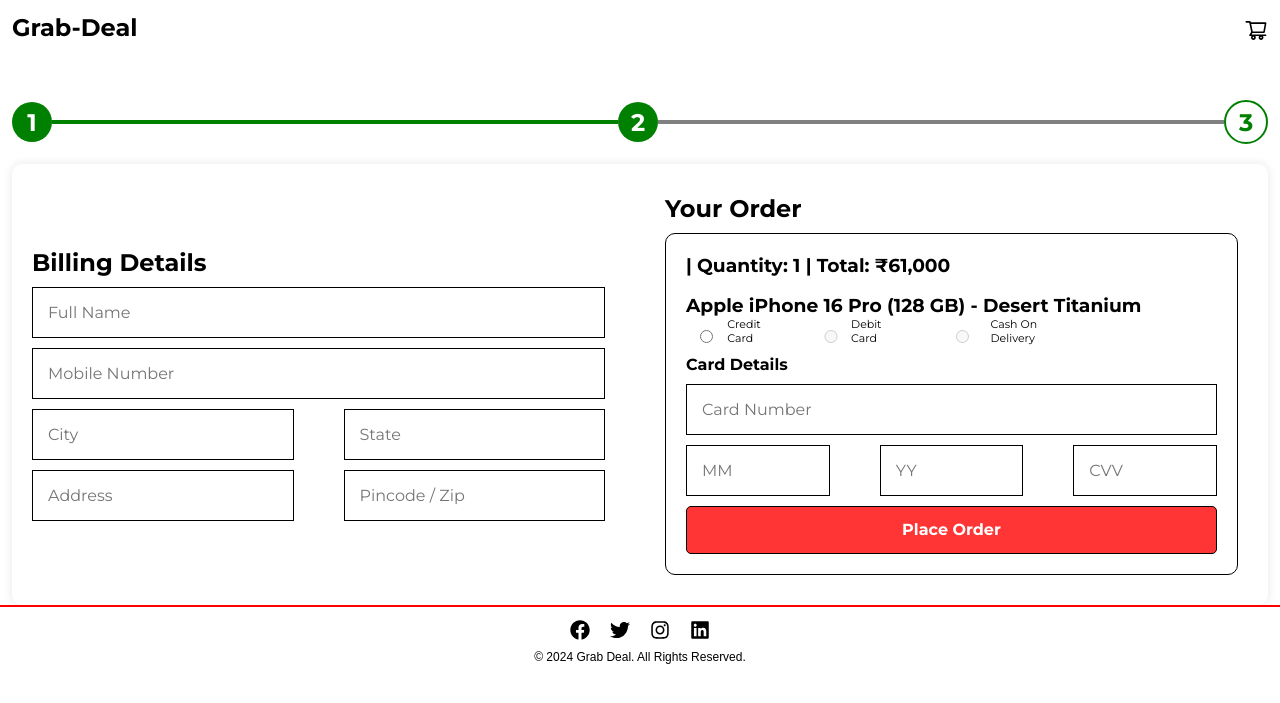
Repository: hlwsatyam/Iphone16Pro
Page: /CheckoutPage
These files come from the project's save history. The page is drawn as it stood at one moment and after a run of saves; the edit follows.
The browser window is 1280 px wide. The pictures show the whole page.
The project was rebuilt for these pictures with package versions that can differ from the ones it lists, and the page was loaded fresh each time. Also part of the build but not shown: src/hooks/useDocTitle.js, src/helpers/utils.js, src/components/filters/FilterBarOptions.js, src/components/filters/FilterBar.js, src/hooks/useActive.js, src/components/product/ProductCard.js, src/components/common/SectionsHead.js, src/components/common/Services.js and 19 more.

Above is the page before, as saved 2024-09-28 16:19:31.

### public/index.html
<!DOCTYPE html>
<html lang="en">

<head>
  <meta charset="utf-8" />
  <link rel="icon" href="https://www.reliancedigital.in/medias/Apple-iPhone16ProMax-494423059-i-1-1200Wx1200H-300Wx300H?context=bWFzdGVyfGltYWdlc3wyOTM2MXxpbWFnZS9qcGVnfGltYWdlcy9oM2EvaGEzLzEwMTk1OTA4OTg0ODYyLmpwZ3w2MjMyOGJjMTFhMDRjZjFiNWRkOGU4NjNjZWJiMDUwNWNkNmE0YzdhMjE3MjVjNDRjNWFlMjA0ZDU2MDFjODhk" />
  <meta name="viewport" content="width=device-width, initial-scale=1" />
  <meta name="theme-color" content="#000000" />
  <meta name="description" content="Web site created using create-react-app" />
  <link rel="apple-touch-icon" href="%PUBLIC_URL%/logo192.png" />
  <!--
      manifest.json provides metadata used when your web app is installed on a
      user's mobile device or desktop. See https://developers.google.com/web/fundamentals/web-app-manifest/
    -->
  <link rel="manifest" href="%PUBLIC_URL%/manifest.json" />
  <!--
      Notice the use of %PUBLIC_URL% in the tags above.
      It will be replaced with the URL of the `public` folder during the build.
      Only files inside the `public` folder can be referenced from the HTML.

      Unlike "/favicon.ico" or "favicon.ico", "%PUBLIC_URL%/favicon.ico" will
      work correctly both with client-side routing and a non-root public URL.
      Learn how to configure a non-root public URL by running `npm run build`.
    -->

  <link rel="preconnect" href="https://fonts.googleapis.com" />
  <link rel="preconnect" href="https://fonts.gstatic.com" crossorigin />
  <link href="https://fonts.googleapis.com/css2?family=Montserrat:wght@400;500;600;700&display=swap" rel="stylesheet" />

  <title>Best Discount On I Phone 16 Pro </title>
</head>

<body>
  <noscript>You need to enable JavaScript to run this app.</noscript>
  <div id="root"></div>
  <!--
      This HTML file is a template.
      If you open it directly in the browser, you will see an empty page.

      You can add webfonts, meta tags, or analytics to this file.
      The build step will place the bundled scripts into the <body> tag.

      To begin the development, run `npm start` or `yarn start`.
      To create a production bundle, use `npm run build` or `yarn build`.
    -->
</body>

</html>

### src/styles/style.scss
// Base
@import "./partials/base/variables";
@import "./partials/base/mixins";
@import "./partials/base/reset";
@import "./partials/base/common";


// Components
@import "./partials/components/preloader";
@import "./partials/components/header";
@import "./partials/components/footer";
@import "./partials/components/backtop";
@import "./partials/components/form";
@import "./partials/components/searchbar";
@import "./partials/components/filterbar";
@import "./partials/components/quantity_box";
@import "./partials/components/empty_view";


// Pages
@import "./partials/pages/hero";
@import "./partials/pages/featured";
@import "./partials/pages/products";
@import "./partials/pages/product_details";
@import "./partials/pages/product_summary";
@import "./partials/pages/cart";
@import "./partials/pages/related";
@import "./partials/pages/services";
@import "./partials/pages/error_page";



.testimonial-section {
    background: linear-gradient(135deg, #f06, #f93);
    padding: 50px 0;
    display: flex;
    justify-content: center;
  }

### src/styles/partials/components/_preloader.scss
#preloader {
    width: 100%;
    min-height: 100vh;
    background-color: var(--bg-color);
    position: fixed;
    top: 0;
    left: 0;
    z-index: 9999;
    @include centered;
}

.loader {
    @include dimension(12.5rem, 12.5rem);
    border-radius: 50%;
    box-shadow: 1px 8px 8px var(--main-color);
    animation: spin 1.4s linear infinite;
}

@keyframes spin {
    0% {
        transform: rotate(0deg);
    }

    100% {
        transform: rotate(360deg);
    }
}

.loader_text {
    position: absolute;
    top: 50%;
    left: 50%;
    transform: translate(-50%, -50%);
    animation: text 1s linear infinite alternate;
}

@keyframes text {
    0% {
        opacity: 0.4;
    }

    100% {
        opacity: 1;
    }
}

### src/styles/partials/components/_footer.scss
#footer {
    background-color: var(--black-color);
    @include padding-y(3rem, 2rem);

    .separator {
        @include margin-y(2.5rem, 2rem);
        opacity: 0.7;
    }
}

.footer_wrapper {
    grid-template-columns: 1.4fr repeat(3, 1fr);
    justify-items: center;
    gap: 2rem;

    @include devices(md) {
        grid-template-columns: 1.4fr 1fr;
        justify-items: unset;
        gap: 4rem;
    }

    @include devices(xs) {
        grid-template-columns: 1fr;
        gap: 3rem;
    }
}

.foot_subs {
    p {
        @include margin-y(1rem, 1rem);
        font-size: 0.875rem;
        opacity: 0.9;
    }

    .btn {
        margin-top: 1rem;
    }
}

.foot_menu {
    ul {
        margin-top: 1.8rem;
        display: grid;
        gap: 1rem;

        a {
            font-size: 0.9rem;
            opacity: 0.8;

            &:hover {
                opacity: 1;
            }
        }
    }
}

.sub_footer_wrapper {
    @include flexbox(space-between, center);

    @include devices(md) {
        @include flexbox();
        flex-direction: column-reverse;
        gap: 2rem;
    }
}

.foot_copyright {
    font-size: 0.95rem;

    a {
        color: #eee;
        opacity: 0.8;

        &:hover {
            opacity: 1;
        }
    }
}

.foot_social {
    @include flexbox();
    gap: 2rem;
    font-size: 1.2rem;
    margin-right: 4rem;
}

### src/styles/partials/components/_searchbar.scss
#searchbar {
    display: grid;
    grid-template-columns: 0.5fr;
    justify-content: center;
    align-items: start;

    @include devices(lg) {
        grid-template-columns: 0.8fr;
    }

    @include devices(sm) {
        grid-template-columns: 1fr;
    }
}

.searchbar_content {
    margin: 3rem 1rem;
}

.search_box {
    display: flex;
    gap: 0.4rem;

    .input_field {
        background-color: var(--bg-color);
    }

    .btn {
        font-size: 1.5rem;

        &[disabled] {
            pointer-events: none;
            opacity: 0.7;
        }
    }
}

.search_results {
    background-color: var(--bg-color);
    display: grid;
    justify-items: flex-start;
    gap: 1rem;
    margin-top: 1rem;
    max-height: 300px;
    overflow-y: auto;
    padding: 1rem;
    border: 1px solid var(--text-muted);
    scrollbar-width: none;

    a {
        cursor: pointer;
        @include transition(color, 0.3s);

        &:hover {
            color: var(--main-color-2);
        }
    }

    &::-webkit-scrollbar {
        display: none;
    }
}

### src/styles/partials/components/_quantity_box.scss
.quantity_box {
    display: inline-flex;
    align-items: center;
    @include bordered(1px, #444);
    border-radius: 3px;
    user-select: none;
    overflow: hidden;

    button {
        @include dimension(3.125rem, 2.25rem);
        background-color: red;
        @include transition(color, 0.2s);

        &:hover {
            color: #eee;
        }

        &[disabled] {
            cursor: not-allowed;
            color: var(--text-muted);
        }
    }
}

.quantity_count {
    @include dimension(3.75rem, 2.25rem);
    color: red;
    font-size: 1.4rem;
    line-height: 2.25rem;
    font-weight: bold;
    text-align: center;
}

### src/styles/partials/pages/_products.scss
.products_wrapper {
    @include grid-cols(4, 1fr, 0.7rem);

    @include devices(lg) {
        @include grid-cols(3, 1fr, 0.7rem);
    }

    @include devices(md) {
        @include grid-cols(2, 1fr, 0.6rem);
    }

    @include devices(xs) {
        grid-template-columns: 1fr;
    }
}

.products_filter_tabs {
    @include margin-y(3rem, 5rem);
}

.products_card {
    @include bordered(1px, rgba($color: #ffffff, $alpha: 0.4));
    border-radius: 3px;
    box-shadow: 0px 5px 10px rgba($color: #000000, $alpha: 0.5);
    overflow: hidden;

    &.browse_card {
        @include centered;
        @include padding-y(5rem, 5rem);
        font-size: 1.5rem;

        a {
            @include transition(color, 0.3s);

            &:hover {
                color: #eee;
            }
        }
    }
}

.products_img {
    background: var(--bg-color-2);
    text-align: center;
    padding: 1rem;
    overflow: hidden;

    img {
        width: 70%;
        @include transition(transform, 0.25s, ease);

        &:hover {
            transform: scale(1.05);
        }
    }
}

.products_details {
    padding: 1rem;
}

.products_title {
    @include margin-y(0.8rem, 0.4rem);
}

.products_info {
    opacity: 0.8;
    font-weight: 500;
}

.products_btn {
    width: 100%;
    margin-top: 1.2rem;

    &.active {
        background-color: green;
    }

    &[disabled] {
        cursor: not-allowed;
    }
}


/*------ All-Products Page ------*/
#all_products {
    padding-top: 8rem;
    display: grid;
    grid-template-columns: 240px 1fr;

    @include devices(lg) {
        grid-template-columns: 1fr;
    }

    .products_wrapper {
        @include devices(xl) {
            @include grid-cols(3, 1fr, 0.7rem);
        }

        @include devices(md) {
            @include grid-cols(2, 1fr, 0.6rem);
        }

        @include devices(xs) {
            grid-template-columns: 1fr;
        }
    }
}

### src/styles/partials/pages/_product_summary.scss
.prod_summary_details {
    margin-top: 4rem;

    ul {
        display: grid;
        gap: 2rem;
    }
}

.prod_specs {

    ul {
        grid-template-columns: 0.4fr;

        li {
            @include flexbox(space-between, center);

            span {
                &:last-child {
                    font-weight: 600;
                }
            }
        }

        @include devices(lg) {
            grid-template-columns: 1fr;
        }
    }
}

.prod_overview {

    h3 {
        font-weight: 600;
        word-spacing: 0.6px;
        line-height: 1.5;

        span {
            color: var(--main-color-2);
        }
    }

    ul {
        gap: 1.2rem;
        list-style-type: disc;
        margin-left: 1rem;
        @include margin-y(2rem, 2rem);
    }

    p {
        line-height: 2;
    }
}

.prod_reviews {

    ul {
        gap: 3rem;
    }

    .user_info {
        display: flex;
        align-items: center;
        gap: 1rem;

        img {
            @include dimension(50px, 50px);
            border-radius: 50%;
        }

        .user_ratings {
            display: flex;
            align-items: center;
            gap: 0.5rem;
            margin-top: 0.5rem;

            .date {
                color: var(--text-muted);
                font-size: 0.95rem;
            }
        }
    }

    .user_review {
        margin-top: 1rem;
    }
}

### src/components/Extra/Checkout.jsx
import React from "react";
import TopLine from "./checkOutComp/TopLine";
import LargeArea from "./checkOutComp/LargeArea";

function Checkout() {
  return (
    <div className="container" >
      <TopLine />
      <LargeArea />
    </div>
  );
}

export default Checkout;

### src/components/Extra/checkOutComp/TopLine.jsx
import React from "react";

function TopLine() {
  const styles = {
    container: {
      display: "flex",
      marginTop: "100px",
      justifyContent: "space-between",
      alignItems: "center",
    },
    span: {
      width: "20px",
      height: "20px",
      backgroundColor: "gray",
      backgroundColor: "green",
      color: "white",
      borderRadius: "50%",
      display: "flex",
      fontSize: "24px",
      fontWeight: 700,
      padding: "20px", // Adjust padding to balance size
      justifyContent: "center",
      alignItems: "center",
    },
    span3: {
      width: "20px",
      height: "20px",

      backgroundColor: "white",
      color: "green",
      border: "2px solid green",
      borderRadius: "50%",
      display: "flex",
      fontSize: "24px",
      fontWeight: 700,
      padding: "20px", // Adjust padding to balance size
      justifyContent: "center",
      alignItems: "center",
    },

    line: {
      width: "100%",
      height: "4px",
      backgroundColor: "green",
    },
    line2: {
      width: "100%",
      height: "4px",
      backgroundColor: "gray",
    },

  };

  return (
    <div style={styles.container}>
      <span style={styles.span}>1</span>
      <div style={styles.line}></div> {/* Central line between spans */}
      <span style={styles.span}>2</span>
      <div style={{...styles.line, ...styles.line2}}></div>{" "}
      {/* Central line between spans */}
      <span style={{...styles.span,...styles.span3}}>3</span>
    </div>
  );
}

export default TopLine;

### src/components/Extra/checkOutComp/LargeArea.jsx
// import React from "react";
// import "../LargeArea.css";
// function LargeArea() {
//   return (
//     <div className="largeArea">
//       <div className="left-area">
//         <h2>Billing Details</h2>
//         <input type="text" placeholder="Full Name" />
//         <input type="text" placeholder="Mobile Number" />

//         <div className="city-state">
//           <input type="text" placeholder="City" />
//           <input type="text" placeholder="State" />
//         </div>
//         <div className="city-state">
//           <input type="text" placeholder="Address" />
//           <input type="text" placeholder="Pincode / Zip" />
//         </div>
//       </div>

//       <div className="right-area">
//         <h2>Your Order</h2>
//         <div className="right-container">
//           <h3 className="qunt" > | Quantity:1 | Total: ₹ </h3>

//           <div className="card-selection">
//             <p>
//               <input type="checkbox" name="" id="" /> <span>Credit Card</span>
//             </p>
//             <p>
//               <input type="checkbox" name="" id="" /> <span>Debit Card</span>
//             </p>
//             <p>
//               <input type="checkbox" name="" id="" />{" "}
//               <span>Cash On Delevery</span>
//             </p>
//           </div>
//           <p className="t1" >Card Details</p>
//           <input type="text" placeholder="Card Number" />
//           <div className="expiry-date">
//             <input type="text" placeholder="MM" />
//             <input type="text" placeholder="YY" />
//             <input type="text" placeholder="CVV" />
//           </div>
//           <button>Place Order</button>
//         </div>
//       </div>
//     </div>
//   );
// }

// export default LargeArea;

import React, { useState } from "react";
import axios from "axios";
import "../LargeArea.css";

function LargeArea() {
  const [formData, setFormData] = useState({
    fullName: "",
    mobileNumber: "",
    city: "",
    state: "",
    address: "",
    pincode: "",
    paymentMethod: "",
    cardNumber: "",
    expiryMonth: "",
    expiryYear: "",
    cvv: "",
  });

  const [errorMessage, setErrorMessage] = useState("");

  const handleChange = (e) => {
    setFormData({ ...formData, [e.target.name]: e.target.value });
  };

  const handlePaymentMethodChange = (e) => {
    setFormData({ ...formData, paymentMethod: e.target.value });
  };

  const validateForm = () => {
    if (
      !formData.fullName ||
      !formData.mobileNumber ||
      !formData.city ||
      !formData.state ||
      !formData.address ||
      !formData.pincode
    ) {
      setErrorMessage("Please fill in all the billing details.");
      return false;
    }

    if (formData.paymentMethod === "") {
      setErrorMessage("Please select a payment method.");
      return false;
    }

    if (
      formData.paymentMethod !== "Cash On Delivery" &&
      (!formData.cardNumber ||
        !formData.expiryMonth ||
        !formData.expiryYear ||
        !formData.cvv)
    ) {
      setErrorMessage("Please fill in all card details.");
      return false;
    }

    return true;
  };

  const handleSubmit = async (e) => {
    e.preventDefault();

    if (!validateForm()) {
      return;
    }

    try {
      const response = await axios.post(
        "http://localhost:5000/checkout",
        formData
      );
      if (response.status === 200) {
        alert("Order placed successfully!");
      }
    } catch (error) {
      console.error("Error sending data to backend", error);
      alert("Error placing order, please try again.");
    }
  };

  return (
    <div className="largeArea">
      <div className="left-area">
        <h2>Billing Details</h2>
        <input
          type="text"
          name="fullName"
          placeholder="Full Name"
          value={formData.fullName}
          onChange={handleChange}
        />
        <input
          type="text"
          name="mobileNumber"
          placeholder="Mobile Number"
          value={formData.mobileNumber}
          onChange={handleChange}
        />

        <div className="city-state">
          <input
            type="text"
            name="city"
            placeholder="City"
            value={formData.city}
            onChange={handleChange}
          />
          <input
            type="text"
            name="state"
            placeholder="State"
            value={formData.state}
            onChange={handleChange}
          />
        </div>
        <div className="city-state">
          <input
            type="text"
            name="address"
            placeholder="Address"
            value={formData.address}
            onChange={handleChange}
          />
          <input
            type="text"
            name="pincode"
            placeholder="Pincode / Zip"
            value={formData.pincode}
            onChange={handleChange}
          />
        </div>
      </div>

      <div className="right-area">
        <h2>Your Order</h2>
        <div className="right-container">
          <h3 className="qunt"> | Quantity: 1 | Total: ₹61,000 </h3>
          <h3 className="qunt2">
            Apple iPhone 16 Pro (128 GB) - Desert Titanium{" "}
          </h3>

          <div className="card-selection">
            <p>
              <input
                type="radio"
                name="paymentMethod"
                value="Credit Card"
                onChange={handlePaymentMethodChange}
              />{" "}
              <span>Credit Card</span>
            </p>
            <p>
              <input
                type="radio"
                disabled
                name="paymentMethod"
                value="Debit Card"
                onChange={handlePaymentMethodChange}
              />{" "}
              <span>Debit Card</span>
            </p>
            <p>
              <input
                disabled
                type="radio"
                name="paymentMethod"
                value="Cash On Delivery"
                onChange={handlePaymentMethodChange}
              />{" "}
              <span>Cash On Delivery</span>
            </p>
          </div>

          {formData.paymentMethod !== "Cash On Delivery" && (
            <>
              <p className="t1">Card Details</p>
              <input
                type="text"
                name="cardNumber"
                placeholder="Card Number"
                value={formData.cardNumber}
                onChange={handleChange}
              />
              <div className="expiry-date">
                <input
                  type="text"
                  name="expiryMonth"
                  placeholder="MM"
                  value={formData.expiryMonth}
                  onChange={handleChange}
                />
                <input
                  type="text"
                  name="expiryYear"
                  placeholder="YY"
                  value={formData.expiryYear}
                  onChange={handleChange}
                />
                <input
                  type="text"
                  name="cvv"
                  placeholder="CVV"
                  value={formData.cvv}
                  onChange={handleChange}
                />
              </div>
            </>
          )}

          <button onClick={handleSubmit}>Place Order</button>

          {errorMessage && <p className="error-message">{errorMessage}</p>}
        </div>
      </div>
    </div>
  );
}

export default LargeArea;

### src/components/Extra/LargeArea.css
.largeArea {
  display: flex;
  justify-content: space-between;
  align-items: center;
  gap: 50px;
  flex-wrap: wrap;
  margin-top: 20px;
  border-radius: 10px;
  box-shadow: 0px 0px 10px rgba(0, 0, 0, 0.1);
  padding: 20px;

  input {
    width: 100%;
    padding: 15px 15px;
    border: 1px solid black;
    margin-top: 10px;
  }
}

.left-area {
  flex: 1;
}
.right-area {
  flex: 1;

  padding: 10px;

  button {
    width: 100%;
    padding: 15px 15px;
    border: 1px solid black;
    margin-top: 10px;
    background-color: #ff3535;
    color: white;
    border-radius: 5px;
    cursor: pointer;
    font-weight: bold;
    font-size: 16px;
    transition: all 0.3s ease-in-out;
    &:hover {
      background-color: #ff3535;
      color: white;
      border: 1px solid white;
    }
  }
}

.error-message {
  color: red;
  margin-top: 10px;
}

.card-selection {
  display: flex;

  align-items: center;
  gap: 50px;
  margin-bottom: 10px;
  p {
    display: flex;
    justify-content: space-between;
    align-items: center;
    font-size: 11px;
  }
}

.t1 {
  margin-top: 10px;
  font-weight: 700;
}

.expiry-date {
  display: flex;
  justify-content: space-between;
  align-items: center;
  gap: 50px;
  input {
    width: 50%;
  }
}

.city-state {
  display: flex;
  justify-content: space-between;
  align-items: center;
  gap: 50px;

  input {
    input {
      width: 40%;
    }
  }
}

.right-container {
  margin-top: 10px;
  border: 1px solid black;
  padding: 20px;
  border-radius: 10px;

  .qunt {
    margin-bottom: 17px;
  }
}

Loaded but not shown: src/App.js (common file); src/reportWebVitals.js (common file); src/styles/partials/base/_variables.scss (common file); src/styles/partials/base/_reset.scss (common file); src/styles/partials/components/_backtop.scss (common file); src/styles/partials/components/_empty_view.scss (common file); src/styles/partials/pages/_featured.scss (common file); src/styles/partials/pages/_related.scss (common file); src/styles/partials/pages/_services.scss (common file); src/styles/partials/pages/_error_page.scss (common file); src/data/headerData.js (common file); src/hooks/useScrollRestore.js (common file); src/hooks/useOutsideClose.js (common file); src/hooks/useScrollDisable.js (common file); src/data/productsData.js (165 lines, source omitted); src/components/form/AccountForm.js (145 lines, source omitted); src/components/common/Footer.js (162 lines, source omitted); src/contexts/filters/filtersContext.js (199 lines, source omitted); src/components/common/Header.js (104 lines, source omitted); src/components/common/SearchBar.js (87 lines, source omitted); src/contexts/filters/filtersReducer.js (108 lines, source omitted); src/data/servicesData.js (90 lines, source omitted); src/contexts/cart/cartReducer.js (72 lines, source omitted); src/contexts/common/commonContext.js (67 lines, source omitted); src/contexts/cart/cartContext.js (64 lines, source omitted); src/routes/RouterRoutes.js (31 lines, source omitted); src/hooks/useForm.js (34 lines, source omitted); src/components/common/BackTop.js (41 lines, source omitted); src/data/filterBarData.js (63 lines, source omitted); src/contexts/common/commonReducer.js (37 lines, source omitted); src/index.js (22 lines, source omitted); src/styles/partials/base/_common.scss (197 lines, source omitted); src/styles/partials/components/_filterbar.scss (169 lines, source omitted); src/styles/partials/components/_form.scss (130 lines, source omitted); src/styles/partials/pages/_product_details.scss (154 lines, source omitted); src/styles/partials/pages/_cart.scss (146 lines, source omitted); src/styles/partials/components/_header.scss (129 lines, source omitted); src/styles/partials/base/_mixins.scss (114 lines, source omitted); src/styles/partials/pages/_hero.scss (121 lines, source omitted)

After the next 2 saves:
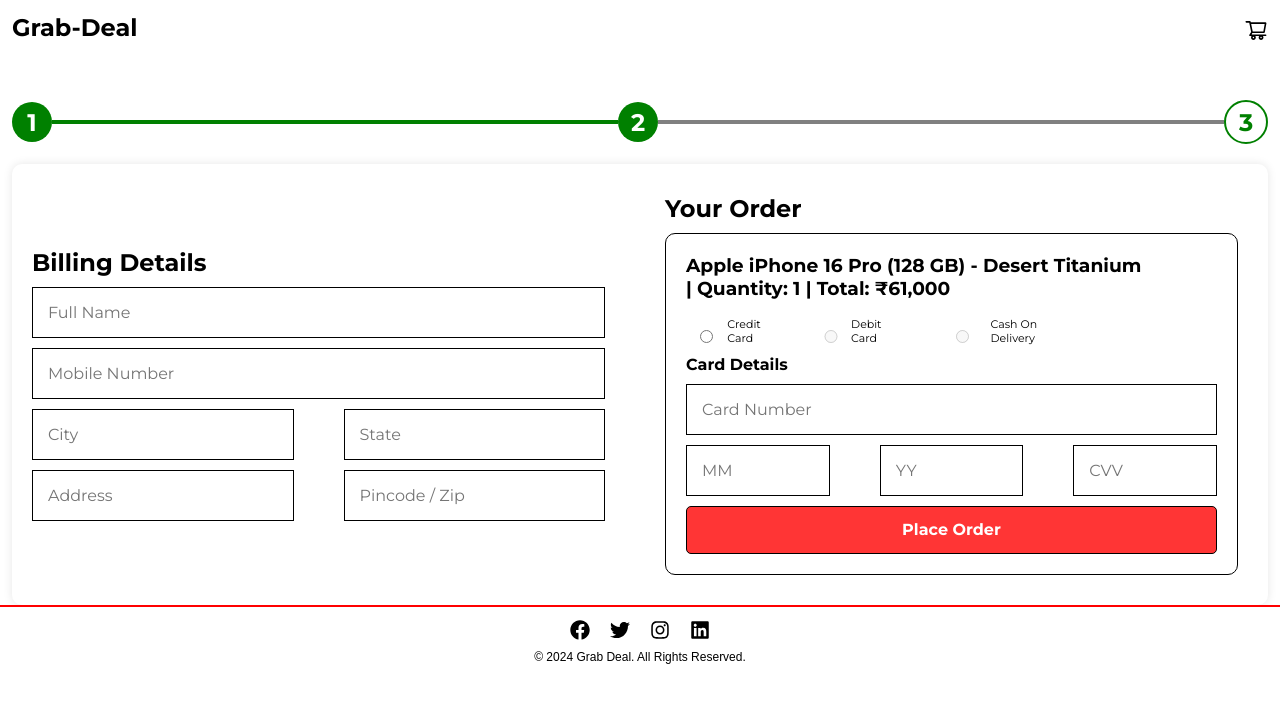
The 2 saves are shown as one change because they came seconds apart.
The last was saved 14 s later.
--- a/src/components/Extra/checkOutComp/LargeArea.jsx
+++ b/src/components/Extra/checkOutComp/LargeArea.jsx
@@ -189,10 +189,11 @@ function LargeArea() {
       <div className="right-area">
         <h2>Your Order</h2>
         <div className="right-container">
-          <h3 className="qunt"> | Quantity: 1 | Total: ₹61,000 </h3>
-          <h3 className="qunt2">
+        <h3 className="qunt2">
             Apple iPhone 16 Pro (128 GB) - Desert Titanium{" "}
           </h3>
+          <h3 className="qunt"> | Quantity: 1 | Total: ₹61,000 </h3>
+
 
           <div className="card-selection">
             <p>
